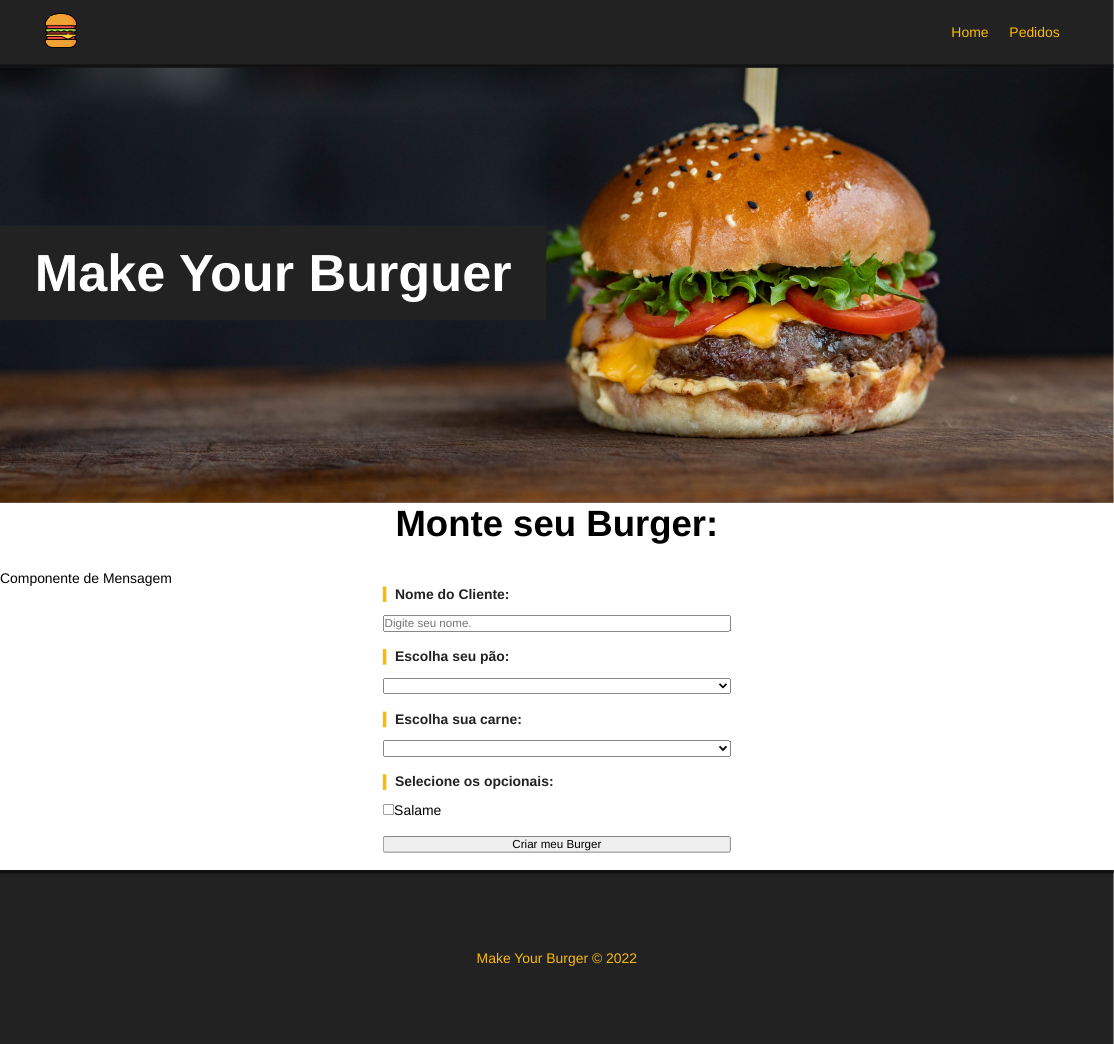
Repository: brunofa23/makeyourburguer
Page: /
These files come from the project's save history. The page is drawn as it stood at one moment and after the next save; the edit follows.
The browser window is 1280 px wide. The pictures show the whole page, at 87% of full size.
The project was rebuilt for these pictures with package versions that can differ from the ones it lists, and the page was loaded fresh each time. Also part of the build but not shown: vue.config.js.

Above is the page before, as saved 2022-08-09 20:10:12.

### src/App.vue
<template>
  <Navbar :logo="logo_src" :alt="app_name"/>
  <router-view/>
  <Footer />
</template>

<script>
import Navbar from './components/Navbar.vue';
import Footer from './components/Footer.vue';

export default{
  components:{ Navbar, Footer },
  data(){
    return{
      logo_src:"/img/logo.png",
      app_name:"Make Your Burguer"
    }

  }
}

</script>

<style>
*{
  font-family: Helvetica, sans-serif;
  padding: 0;
  margin: 0;
  box-sizing: border-box;
}


.main-container{
  margin:50px;
  min-height: 250px;
}

h1{
  text-align: center;
  font-size: 42px;
  margin-bottom: 30px;
}
</style>

### src/router/index.js
import { createRouter, createWebHistory } from 'vue-router'
import HomeView from '../views/HomeView.vue'

const routes = [
  {
    path: '/',
    name: 'home',
    component: HomeView
  },
  {
    path: '/pedidos',
    name: 'Pedidos',
    // route level code-splitting
    // this generates a separate chunk (about.[hash].js) for this route
    // which is lazy-loaded when the route is visited.
    component: () => import(/* webpackChunkName: "about" */ '../views/PedidosView.vue')
  }
]

const router = createRouter({
  history: createWebHistory(process.env.BASE_URL),
  routes
})

export default router

### src/components/Navbar.vue
<template>
  <div id="nav">
    <router-link to="/" id="logo-url">
        <img :src="logo" :alt="alt" id="logo" >
    </router-link>
    <router-link to="/">Home</router-link>
    <router-link to="/pedidos">Pedidos</router-link>
  </div>
</template>

<script>
export default {
    name:"Navbar",
    props:["logo", "alt"]
}
</script>




<style scoped>
#nav{
  background-color:#222 ;
  border-bottom: 4px solid #111;
  padding: 15px 50px;
  display: flex;
  justify-content: flex-end;
  align-items: center;


}

#nav #logo-url{
  margin: auto;
  margin-left: 0;


}

#logo{
  width: 40px;
  height: 40px;
}

#nav a{
  color: #FCBA03;
  text-decoration: none;
  margin: 12px;
  transition: .5s;

}
#nav a:hover{
  color:#FFF;
}

</style>

### src/components/Footer.vue
<template>
    <footer id="footer">
        <p>Make Your Burger &copy; 2022</p>

    </footer>
</template>


<script>
export default{
    name: "Footer"
}

</script>

<style scoped>
#footer{
    height: 200px;
    background-color: #222;
    border-top: 4px solid #111;
    color: #fcba03;
    display: flex;
    align-items: center;
    justify-content: center;
    width: 100%;
}
</style>

### src/views/HomeView.vue
<template>
  <div class="main-container">
    <Banner />
   <h1>Monte seu Burger:</h1>
   <BurgerForm />
  </div>
</template>

<script>
import Banner from "@/components/Banner.vue";
import BurgerForm from "@/components/BurgerForm.vue";

export default{
  name: "Home",
  components:{
    Banner,
    BurgerForm
}
}

</script>

<style>
.main-container{
  margin: 0;
}
</style>

### src/components/Banner.vue
<template>
  <div id="main-banner">
    <h1>Make Your Burguer</h1>
  </div>
</template>

<script>
export default {
  name: 'Banner',
}
</script>

<style scoped>
#main-banner{
    background-image: url('/public/img/burger.jpg');
    background-position: 0 -250px;
    background-size: cover;
    height: 500px;
    display: flex;
    align-items: center;
    justify-content: flex-start;

}

#main-banner h1{
    color: #FFF;
    text-align: center;
    font-size: 60px;
    background-color: #222;
    padding: 20px 40px;

}


</style>
>

### src/components/BurgerForm.vue
<template>
  <div>
    <p>Componente de Mensagem</p>
    <div>
      <form id="burger-form">
        <div class="input-container">
          <label for="nome">Nome do Cliente:</label>
          <input
            type="text"
            id="nome"
            name="nome"
            v-model="nome"
            placeholder="Digite seu nome."
          />
        </div>
        <div class="input-container">
          <label for="pao">Escolha seu pão:</label>
          <select name="pao" id="pao" v-model="pao">
            <option value="">Selecione o seu pão</option>
            <option value="integral">Integral</option>
          </select>
        </div>
        <div class="input-container">
          <label for="carne">Escolha sua carne:</label>
          <select name="carne" id="carne" v-model="carne">
            <option value="">Selecione o tipo de carne</option>
            <option value="maminha">Maminha</option>
          </select>
        </div>
        <div class="input-container">
          <label for="opcionais">Selecione os opcionais:</label>
          <div class="ckeckbox-container">
            <input type="checkbox" name="opcionais" v-model="opcionais" value="salame">
            <span>Salame</span>
          </div>
        </div>
        <div class="input-container">
            <input type="submit" class="submit-btn" value="Criar meu Burger">
        </div>
      </form>
    </div>
  </div>
</template>

<script>
export default {
  name: 'BurgerForm',
}
</script>

<style scoped>
#burger-form{
    max-width:400px ;
    margin: 0 auto;
}

.input-container{
    display: flex;
    flex-direction: column;
    margin-bottom: 20px;

}

label{
    font-weight: bold;
    margin-bottom: 15px;
    color: #222;
    border-left: 4px solid #FCBA03;
    padding-left: 10px;


}

</style>

Loaded but not shown: public/index.html (common file); src/main.js (common file)

After the next save:
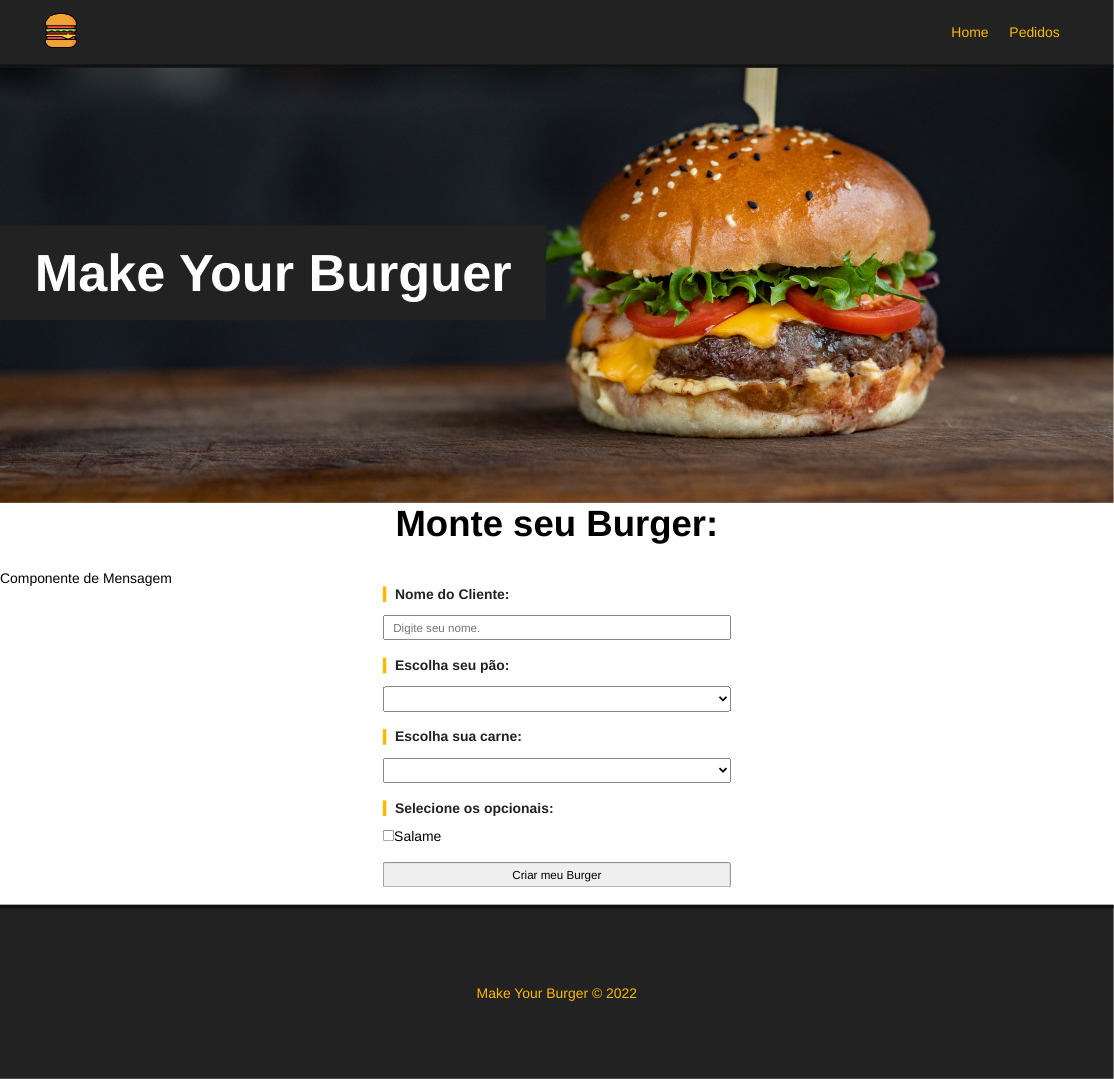
Saved 83 s later.
--- a/src/components/BurgerForm.vue
+++ b/src/components/BurgerForm.vue
@@ -67,8 +67,11 @@ label{
     color: #222;
     border-left: 4px solid #FCBA03;
     padding-left: 10px;
+}
 
-
+input, select{
+    padding: 5px 10px;
+    widows: 300px;
 }
 
 </style>
